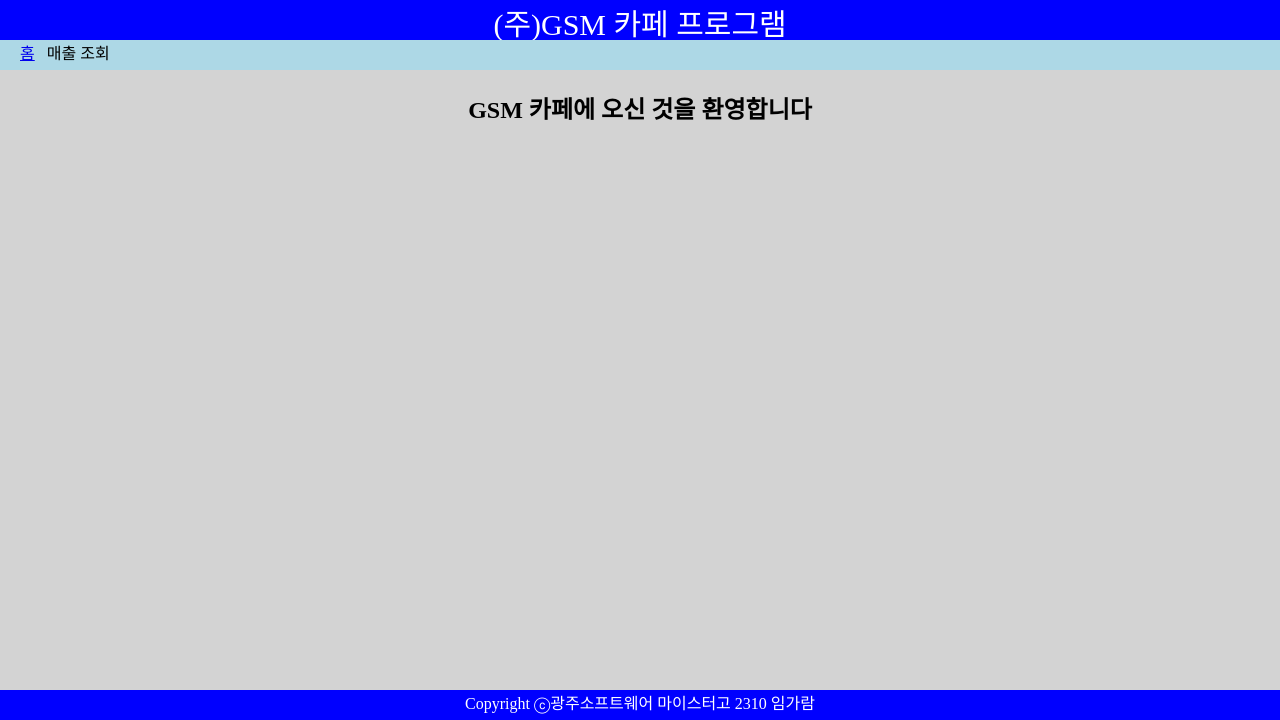
Repository: ImGaram/til
Page: http://localhost/cafe/
The author's editor kept a copy of each file at every save. The page is drawn from the files as they stood at one save, then again after the next save.
The browser window is 1280 px wide. The pictures show the whole page.
The page is served by Tomcat 9.

Above is the page before, as saved 2022-06-29 00:11:32.

After the next save:
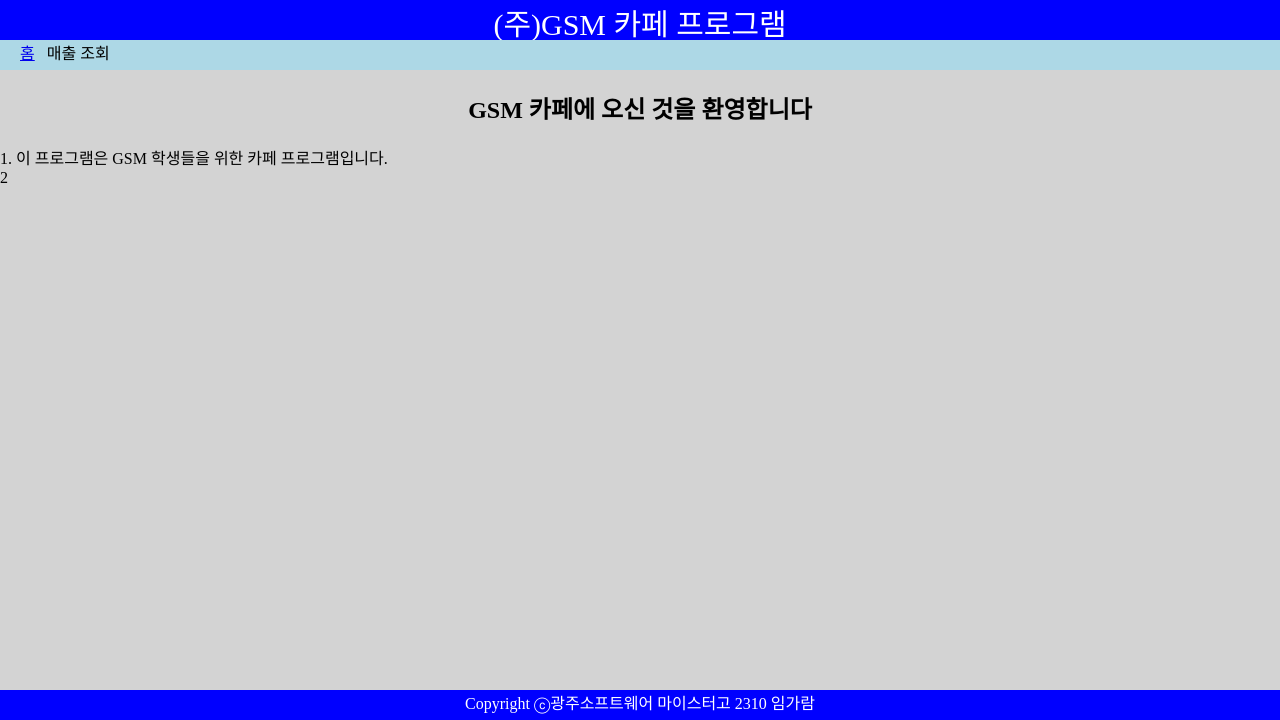
Saved 64 s later.
--- a/2학년 jsp(화면구현)/gsm2022/cafe/src/main/webapp/index.jsp
+++ b/2학년 jsp(화면구현)/gsm2022/cafe/src/main/webapp/index.jsp
@@ -10,6 +10,10 @@
 <jsp:include page="header.jsp"></jsp:include>
 <section style="position:fixed; width:100%; height:100%; top:70px; left:0; background-color: lightgray">
 <h2 style="text-align: center">GSM 카페에 오신 것을 환영합니다</h2>
+<p>
+1. 이 프로그램은 GSM 학생들을 위한 카페 프로그램입니다.<br>
+2
+</p>
 </section>
 <jsp:include page="footer.jsp"></jsp:include>
 </body>
